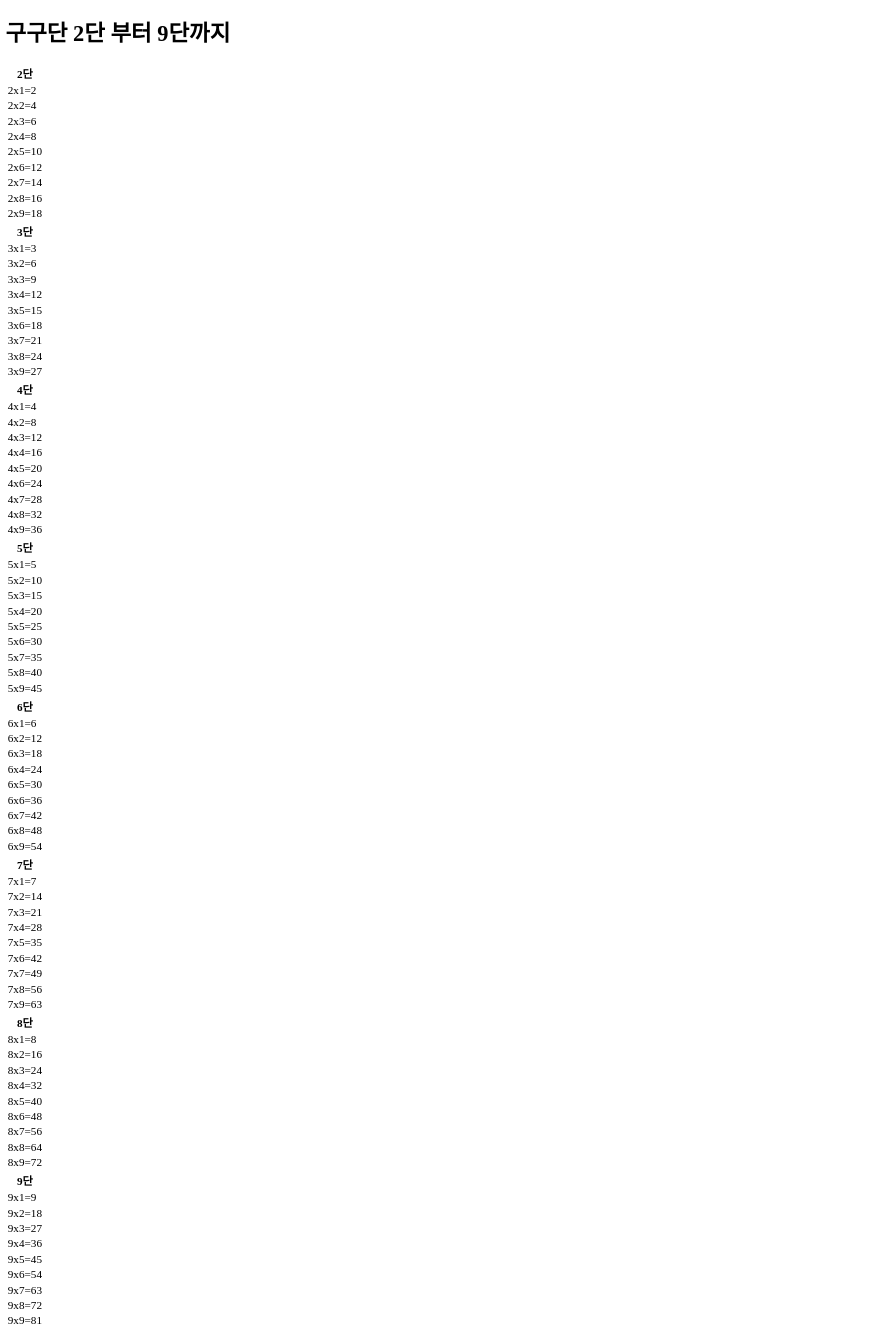
Repository: hyeongu135-ui/Jsp2026
Page: http://localhost/chapter01/test02.jsp
These files come from the project's save history. The page is drawn as it stood at one moment and after the next save; the edit follows.
The browser window is 1280 px wide. The pictures show the whole page, at 70% of full size.
The page is served by Tomcat 9.

Above is the page before, as saved 2026-10-16 04:18:23.

### chapter01/src/main/webapp/test02.jsp
<%@ page language="java" contentType="text/html; charset=UTF-8"
	pageEncoding="UTF-8" import="java.util.*"%>
<!DOCTYPE html>
<html>
<head>
<meta charset="UTF-8">
<title>Insert title here</title>
</head>
<body>
	<h1>구구단 2단 부터 9단까지</h1>
	<table>
		<tr>
			<%
			for (int i = 2; i < 10; i++) {
			%>

		<th>
			<%=
			i + "단"
			%>
		</th>
		</tr>

		<%
		for (int j = 1; j < 10; j++) {
			int sum = (i * j);
		%>

			<tr><td><%=i + "x" + j + "=" + sum%></td></tr>
		<%
		}
		%>
		<%
		}
		%>
	</table>
</body>
</html>

After the next save:
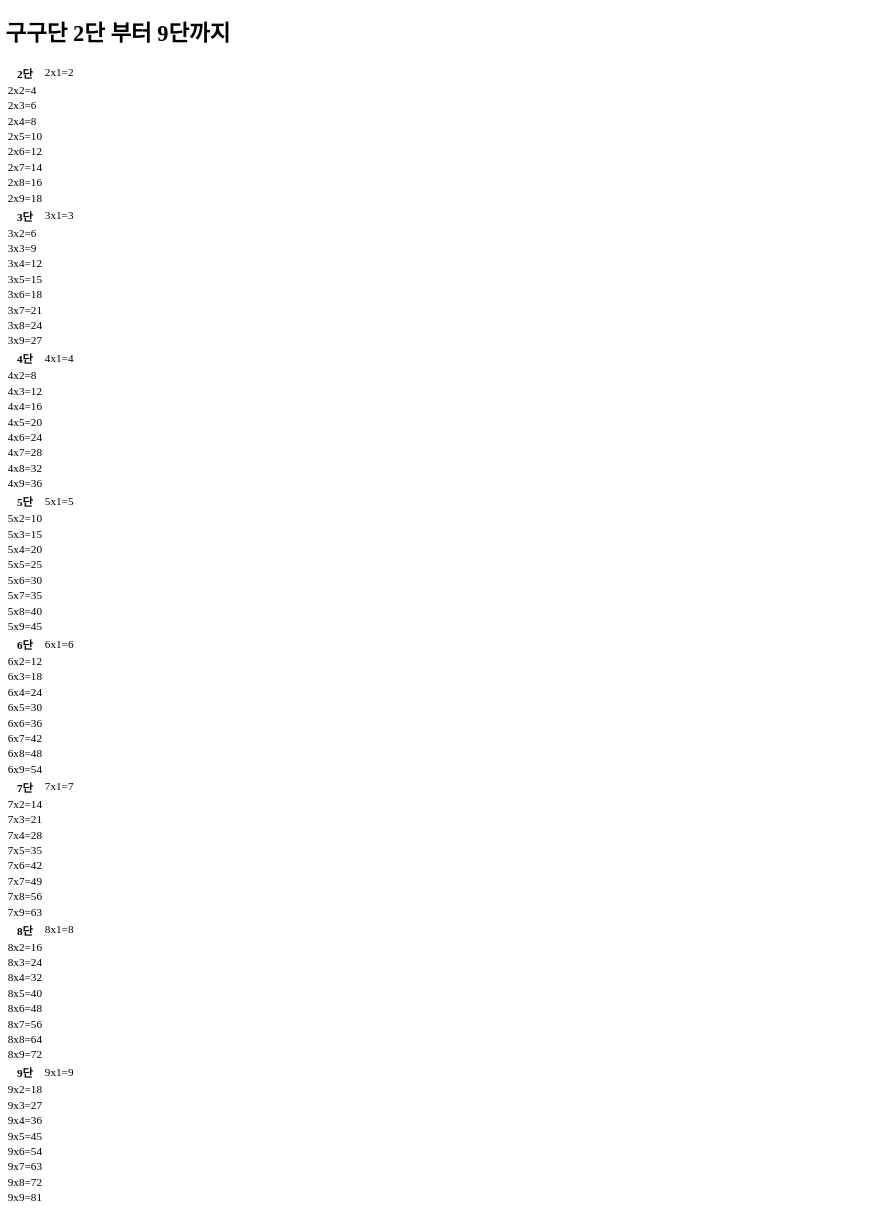
Saved 35 s later.
--- a/chapter01/src/main/webapp/test02.jsp
+++ b/chapter01/src/main/webapp/test02.jsp
@@ -19,14 +19,14 @@
 			i + "단"
 			%>
 		</th>
-		</tr>
+
 
 		<%
 		for (int j = 1; j < 10; j++) {
 			int sum = (i * j);
 		%>
 
-			<tr><td><%=i + "x" + j + "=" + sum%></td></tr>
+			<td><%=i + "x" + j + "=" + sum%></td></tr>
 		<%
 		}
 		%>
